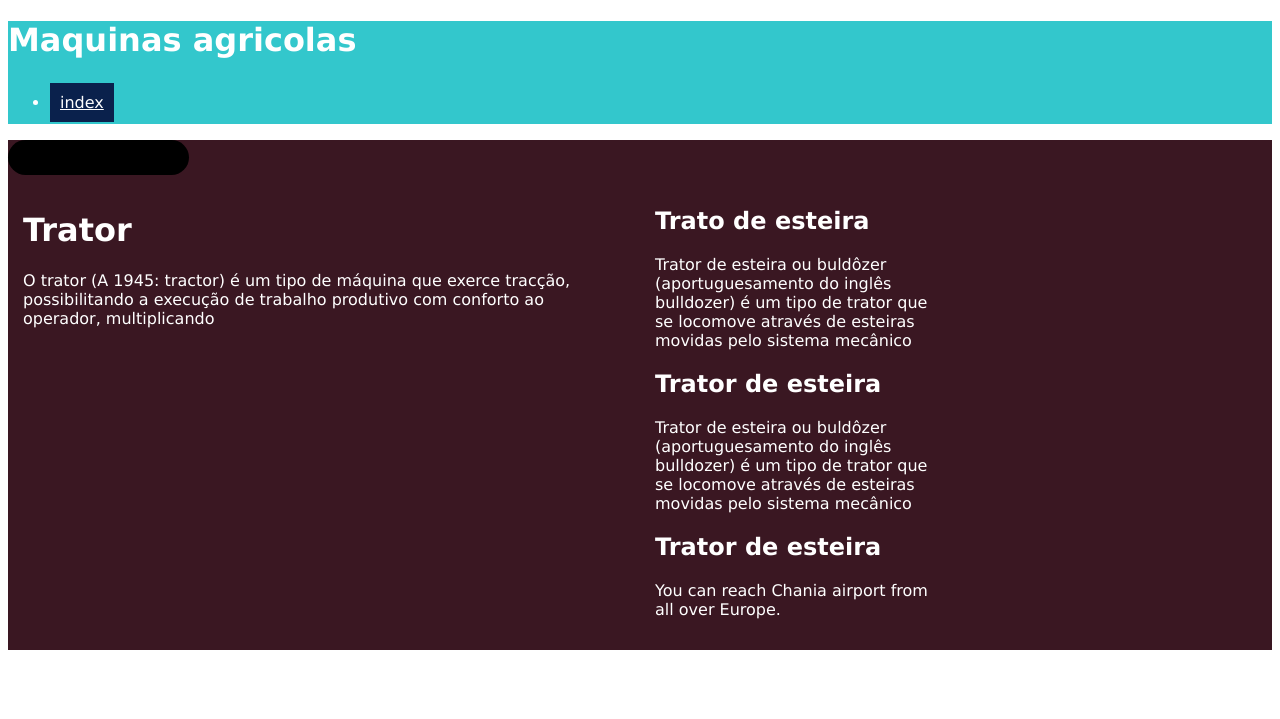
Repository: ecrseer/pesquisa-carros-html
Page: news.html
The author's editor kept a copy of each file at every save. The page is drawn from the files as they stood at one save, then again after the next save.
The browser window is 1280 px wide. The pictures show the whole page.

Above is the page before, as saved 2022-01-21 16:17:21.
Console error: TypeError: Cannot read properties of undefined (reading 'fn')

After the next save:
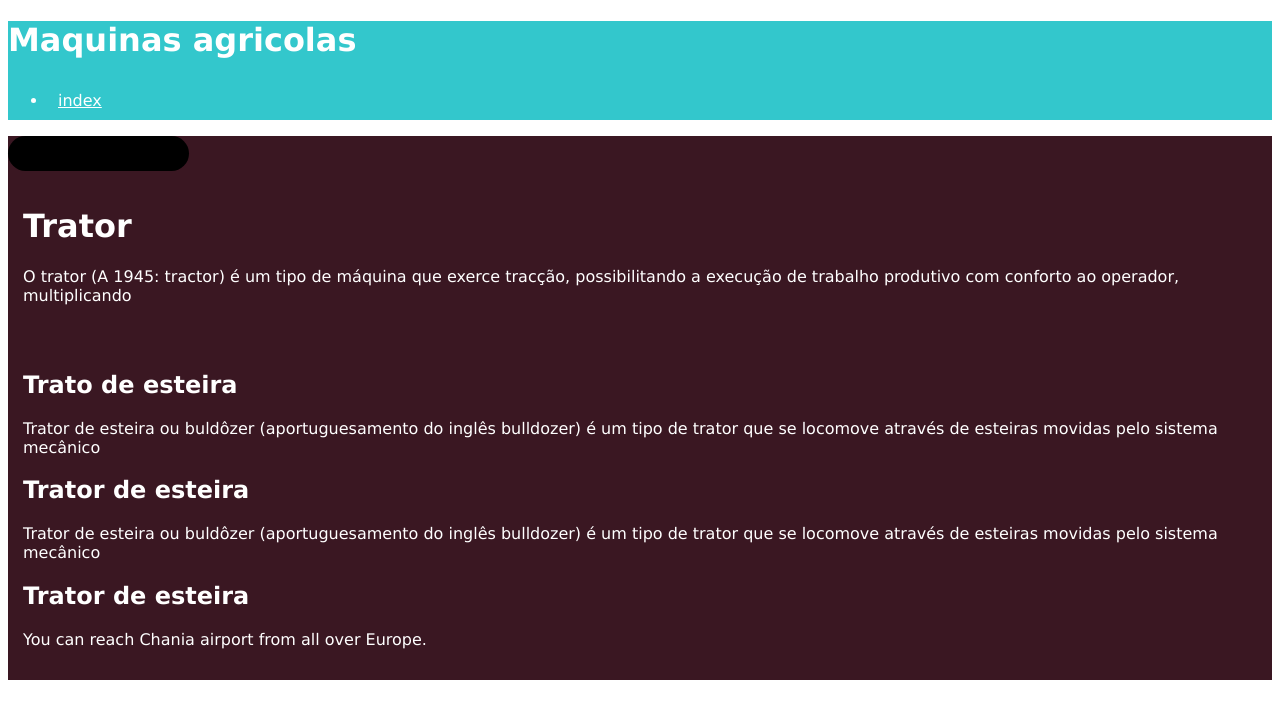
Saved 13 s later.
--- a/news.css
+++ b/news.css
@@ -53,41 +53,6 @@
 
 
 
-  @media only screen and (min-width: 600px) {
-    /* For tablets: */
-    .col-s-1 {width: 8.33%;}
-    .col-s-2 {width: 16.66%;}
-    .col-s-3 {width: 25%; padding-top: 10%;}
-    .col-s-4 {width: 33.33%;}
-    .col-s-5 {width: 41.66%;}
-    .col-s-6 {width: 50%;}
-    .col-s-7 {width: 58.33%;}
-    .col-s-8 {width: 66.66%;}
-    .col-s-9 {width: 75%;}
-    .col-s-10 {width: 83.33%;}
-    .col-s-11 {width: 91.66%;}
-    .col-s-12 {width: 100%;}
-    .header{height: 5%;}
-  }
-  @media only screen and (min-width: 768px) {
-    /* For desktop: */
-    .col-1 {width: 8.33%;}
-    .col-2 {width: 16.66%;}
-    .col-3 {width: 25%; padding-top: 1%;}
-    .col-4 {width: 33.33%;}
-    .col-5 {width: 41.66%;}
-    .col-6 {width: 50%;}
-    .col-7 {width: 58.33%;}
-    .col-8 {width: 66.66%;}
-    .col-9 {width: 75%;}
-    .col-10 {width: 83.33%;}
-    .col-11 {width: 91.66%;}
-    .col-12 {width: 100%;}
-    .header{height: 12%;}
-  }
-  .topbtns{
-    display: flex;
-}
 
 .topbtns li{
     background-color:rgb(10, 33, 76);
